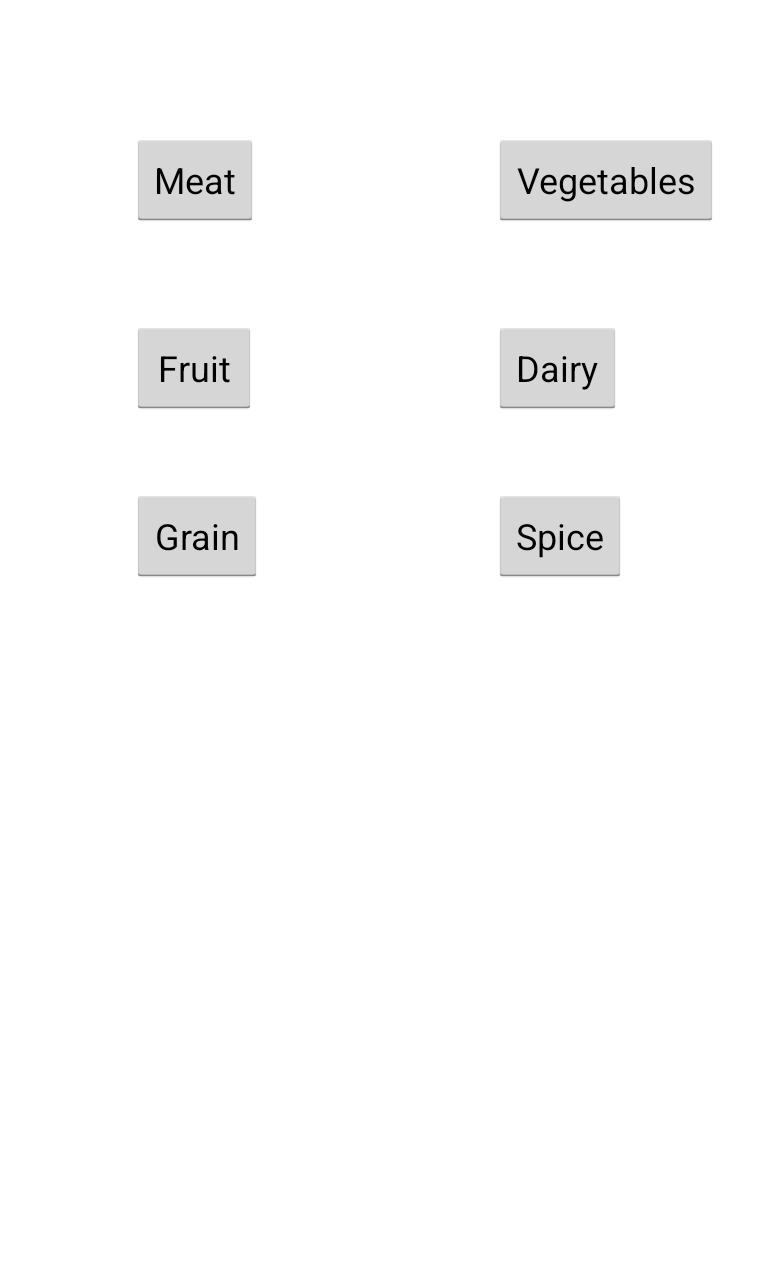
Repository: jmwood22/Boyardroid
Layout: Boyardroid/res/layout/activity_quick_recipe.xml
An editor plug-in stored every save of this project. The layout is shown before and after the next save, followed by the edit.
It is drawn on a 768 x 1280 px phone screen (xhdpi) without system bars, with theme AppTheme; the app's code is not run.

Above is the layout before, as saved 2013-02-22 01:51:51.

After the next save:
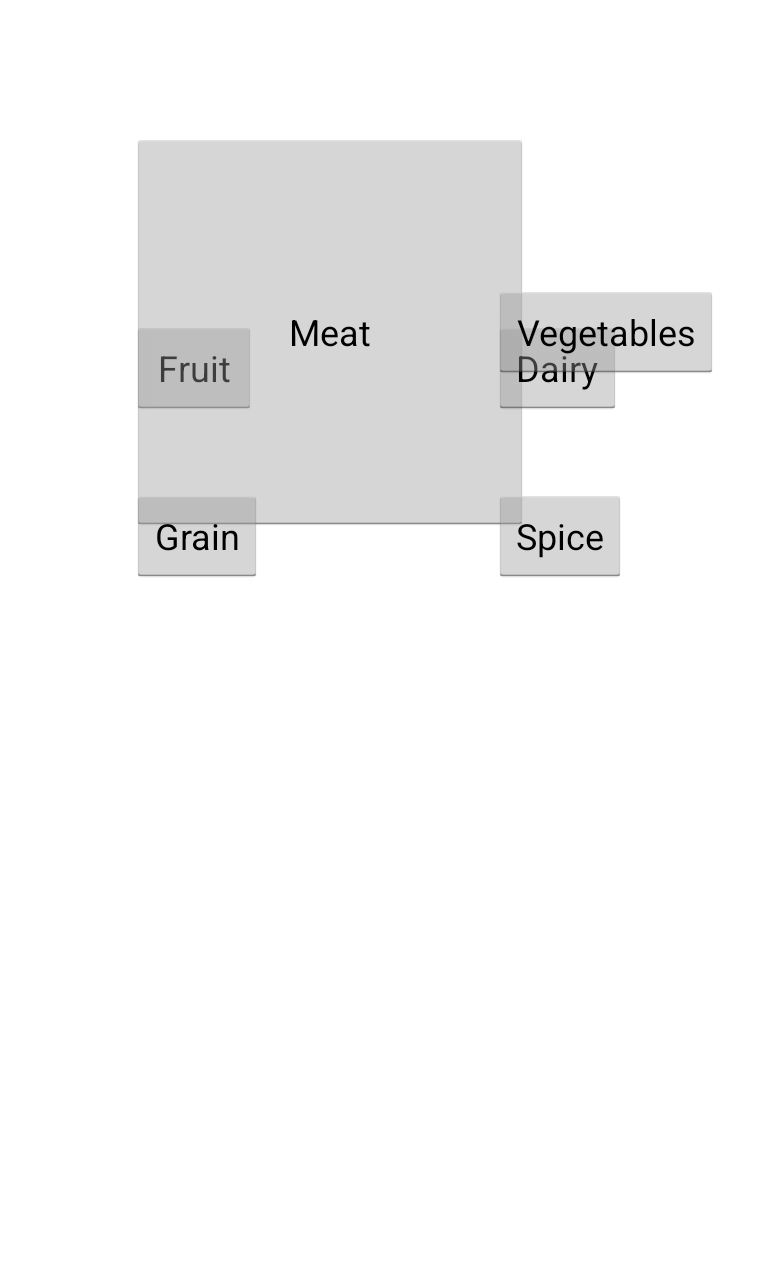
Saved 44 s later.
--- a/Boyardroid/res/layout/activity_quick_recipe.xml
+++ b/Boyardroid/res/layout/activity_quick_recipe.xml
@@ -16,8 +16,8 @@
 
     <Button
         android:id="@+id/meat"
-        android:layout_width="wrap_content"
-        android:layout_height="wrap_content"
+        android:layout_width="200dp"
+        android:layout_height="200dp"
         android:layout_alignLeft="@+id/fruit"
         android:layout_alignParentTop="true"
         android:layout_marginTop="66dp"
